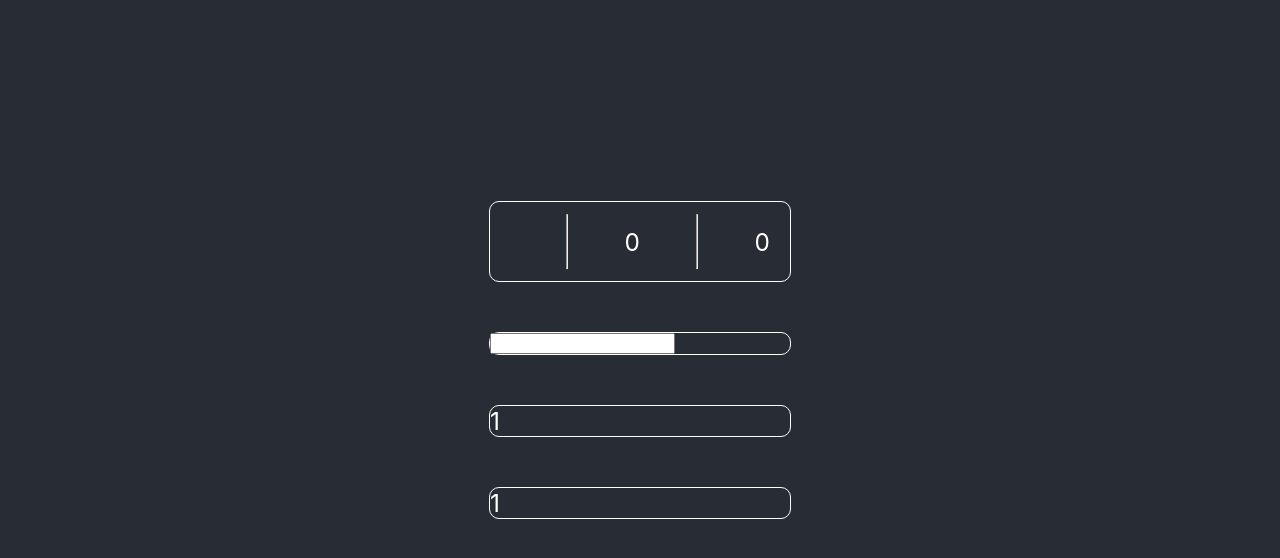
Repository: bandikost/capers
Page: /main
An editor plug-in stored every save of this project. The page is shown before and after the next save, followed by the edit.
The browser window is 1280 px wide. The pictures show the whole page.
The page's requests for data from a server got no answer. The project was rebuilt for these pictures with package versions that can differ from the ones it lists, and the page was loaded fresh each time. No one was signed in, and anything a server would have sent is missing.

Above is the page before, as saved 2023-04-10 11:55:13.

After the next save:
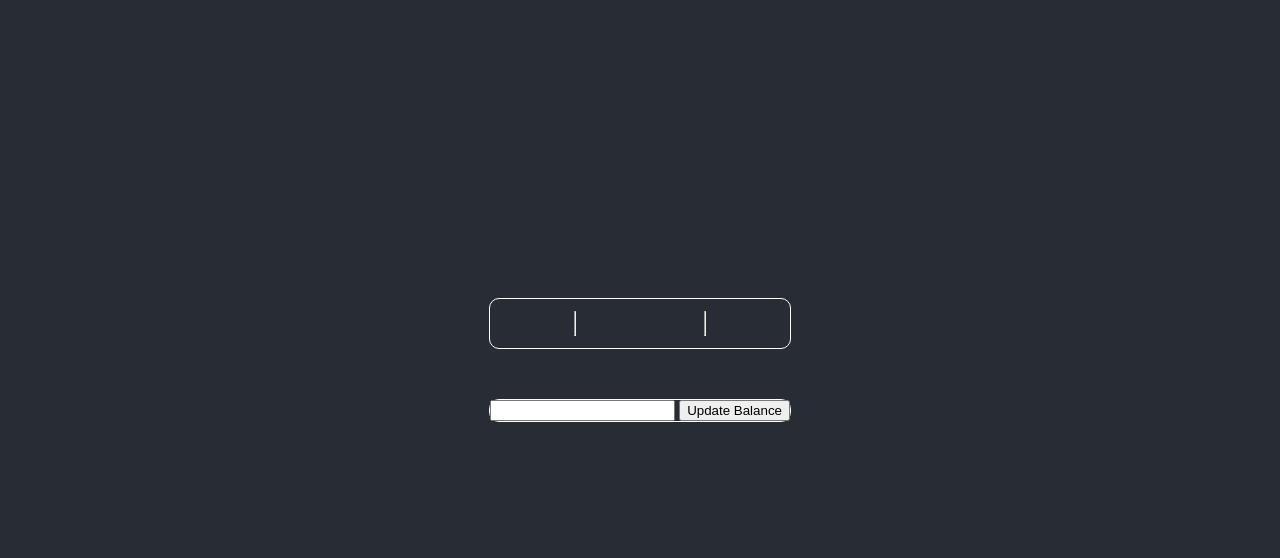
Saved 2 min 17 s later.
--- a/src/components/Main.jsx
+++ b/src/components/Main.jsx
@@ -1,62 +1,65 @@
-import React, { useState, useEffect } from "react";
-import firebase from "../firebase";
+import React, { useState, useEffect } from 'react';
+import firebase from '../firebase';
 
-export const Main = () => {
-  const [name, setName] = useState("");
-  const [balance, setBalance] = useState(0);
+const Main = () => {
+  const [name, setName] = useState({});
+  const [balance, setBalance] = useState({});
   const [lastBalance, setLastBalance] = useState(0);
+  const [newBalance, setNewBalance] = useState('');
 
   useEffect(() => {
-    const nameRef = firebase.database().ref("name/user1");
-    nameRef.on("value", (snapshot) => {
-      setName(snapshot.val());
+    const nameRef = firebase.database().ref('name');
+    nameRef.on('value', (snapshot) => {
+      const data = snapshot.val();
+      setName(data);
+    });
+
+    const balanceRef = firebase.database().ref('balance');
+    balanceRef.on('value', (snapshot) => {
+      const data = snapshot.val();
+      setBalance(data);
+      setLastBalance(data.user1);
     });
   }, []);
 
-  useEffect(() => {
-    const balanceRef = firebase.database().ref("balance/user1");
-    balanceRef.on("value", (snapshot) => {
-      const currentBalance = Number(snapshot.val());
-      const lastBalanceRef = firebase.database().ref("balance/lastBalance");
-      lastBalanceRef.once("value", (snapshot) => {
-        const lastBalance = Number(snapshot.val());
-        setLastBalance(lastBalance);
-        setBalance(currentBalance);
-      });
+  const handleBalanceChange = (e) => {
+    const value = e.target.value;
+    const diff = value - balance.user1;
+    const newLastBalance = value;
+
+    firebase.database().ref('balance').update({
+      user1: value,
+      lastBalance: lastBalance + diff
     });
-  }, []);
 
-  const handleChange = (event) => {
-    const newValue = Number(event.target.value);
-    const balanceRef = firebase.database().ref("balance/user1");
-    balanceRef.transaction((currentBalance) => {
-      const lastBalanceRef = firebase.database().ref("balance/lastBalance");
-      lastBalanceRef.once("value", (snapshot) => {
-        const lastBalance = snapshot.val();
-        const diff = newValue - (currentBalance || 0);
-        lastBalanceRef.set(diff);
-        return newValue;
-      });
+    setBalance({
+      ...balance,
+      user1: value
     });
+    setLastBalance(newLastBalance);
   };
 
   return (
     <div className="table">
       <div className="cell">
-        <p>{name}</p>
+        <p>{name.user1}</p>
         <hr />
-        <p>{balance}</p>
+        <p>{balance.user1}</p>
         <hr />
         <p>
-          {lastBalance > 0 ? "+" : ""}
-          {lastBalance}
+          {lastBalance !== 0 &&
+            (lastBalance > balance.user1 ? '-' : '+') +
+              Math.abs(lastBalance - balance.user1)}
         </p>
       </div>
       <div className="cell">
-        <input type="number" onChange={handleChange} />
+        <input
+          type="number"
+          value={newBalance}
+          onChange={(e) => setNewBalance(e.target.value)}
+        />
+        <button onClick={handleBalanceChange}>Update Balance</button>
       </div>
-      <div className="cell">1</div>
-      <div className="cell">1</div>
     </div>
   );
 };
